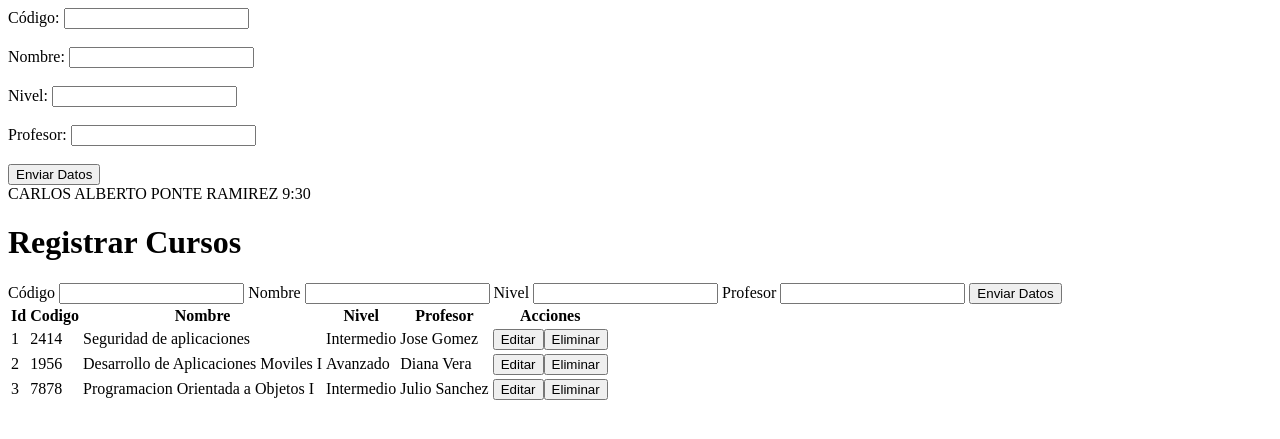
Repository: LuisCondori98/LP1-CIB
Page: http://localhost/Clase-01/demo.jsp
An editor plug-in stored every save of this project. The page is shown before and after the next save, followed by the edit.
The browser window is 1280 px wide. The pictures show the whole page.
The page is served by Tomcat 9.

Above is the page before, as saved 2025-01-11 14:30:38.

### Clase-01/src/main/webapp/demo.jsp
<%@ page language="java" contentType="text/html; charset=ISO-8859-1"
    pageEncoding="ISO-8859-1"%>
<!DOCTYPE html>
<html>
<head>
<meta charset="ISO-8859-1">
<title>Insert title here</title>
</head>
<body>
	<form action="RegistrarCursoServlet" method="post">

        <label for="codigo">Código:</label>

        <input type="text" id="codigo" name="codigo" required>

        <br><br>



        <label for="nombre">Nombre:</label>

        <input type="text" id="nombre" name="nombre" required>

        <br><br>



        <label for="nivel">Nivel:</label>

        <input type="text" id="nivel" name="nivel" required>

        <br><br>



        <label for="profesor">Profesor:</label>

        <input type="text" id="profesor" name="profesor" required>

        <br><br>



        <input type="submit" value="Enviar Datos">

    </form>

CARLOS ALBERTO PONTE RAMIREZ
9:30
<h1>Registrar Cursos</h1>

    <form action="RegistrarCursoServlet" method="post">

        <label for="codigo">Código</label>

        <input type="text" id="codigo" name="codigo" required>



        <label for="nombre">Nombre</label>

        <input type="text" id="nombre" name="nombre" required>



        <label for="nivel">Nivel</label>

        <input type="text" id="nivel" name="nivel" required>



        <label for="profesor">Profesor</label>

        <input type="text" id="profesor" name="profesor" required>



        <input type="submit" value="Enviar Datos">

    </form>
	<table>
		<tr>
			<th>Id</th>
			<th>Codigo</th>
			<th>Nombre</th>
			<th>Nivel</th>
			<th>Profesor</th>
			<th>Acciones</th>
		</tr>
		<tr>
			<td>1</td>
			<td>2414</td>
			<td>Seguridad de aplicaciones</td>
			<td>Intermedio</td>
			<td>Jose Gomez</td>
			<td><button>Editar</button><button>Eliminar</button></td>
		</tr>
		<tr>
			<td>2</td>
			<td>1956</td>
			<td>Desarrollo de Aplicaciones Moviles I</td>
			<td>Avanzado</td>
			<td>Diana Vera</td>
			<td><button>Editar</button><button>Eliminar</button></td>
		</tr>
		<tr>
			<td>3</td>
			<td>7878</td>
			<td>Programacion Orientada a Objetos I</td>
			<td>Intermedio</td>
			<td>Julio Sanchez</td>
			<td><button>Editar</button><button>Eliminar</button></td>
		</tr>
	</table>
</body>
</html>

After the next save:
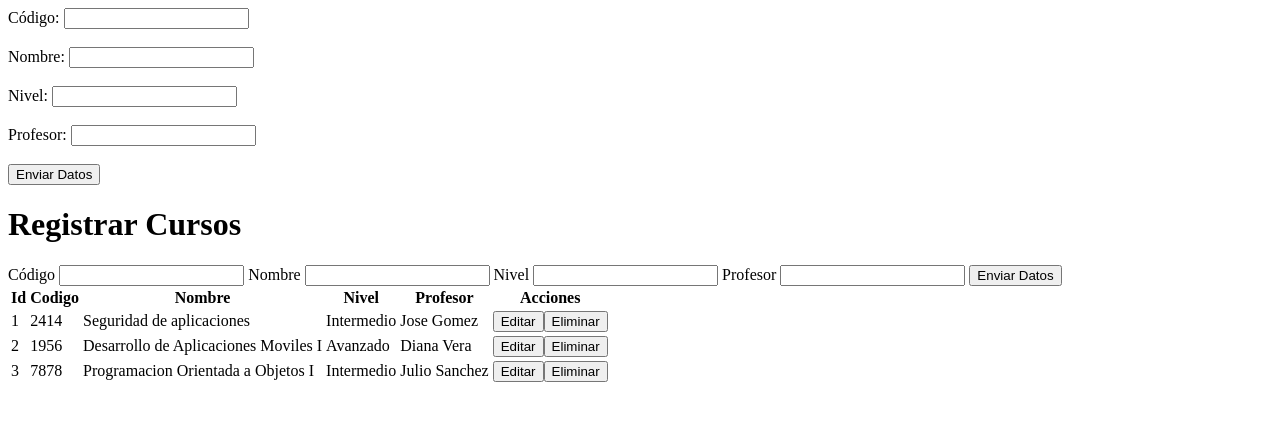
Saved 33 s later.
--- a/Clase-01/src/main/webapp/demo.jsp
+++ b/Clase-01/src/main/webapp/demo.jsp
@@ -45,8 +45,6 @@
 
     </form>
 
-CARLOS ALBERTO PONTE RAMIREZ
-9:30
 <h1>Registrar Cursos</h1>
 
     <form action="RegistrarCursoServlet" method="post">
